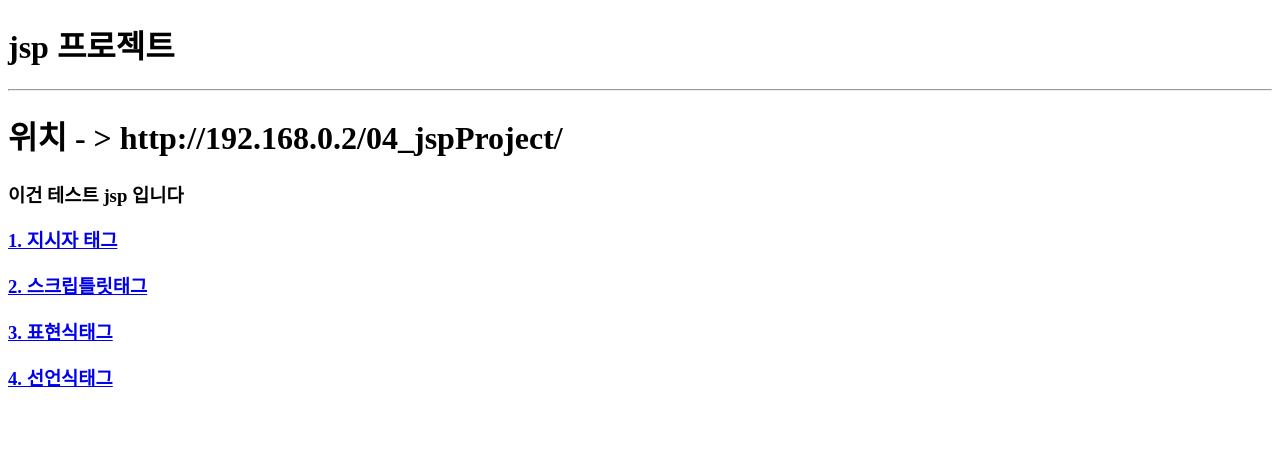
Repository: beescuit9510/toyProjects
Page: http://localhost/04_jspProject/
An editor plug-in stored every save of this project. The page is shown before and after the next save, followed by the edit.
The browser window is 1280 px wide. The pictures show the whole page.
The page is served by Tomcat 9.

Above is the page before, as saved 2021-09-30 05:03:30.

After the next save:
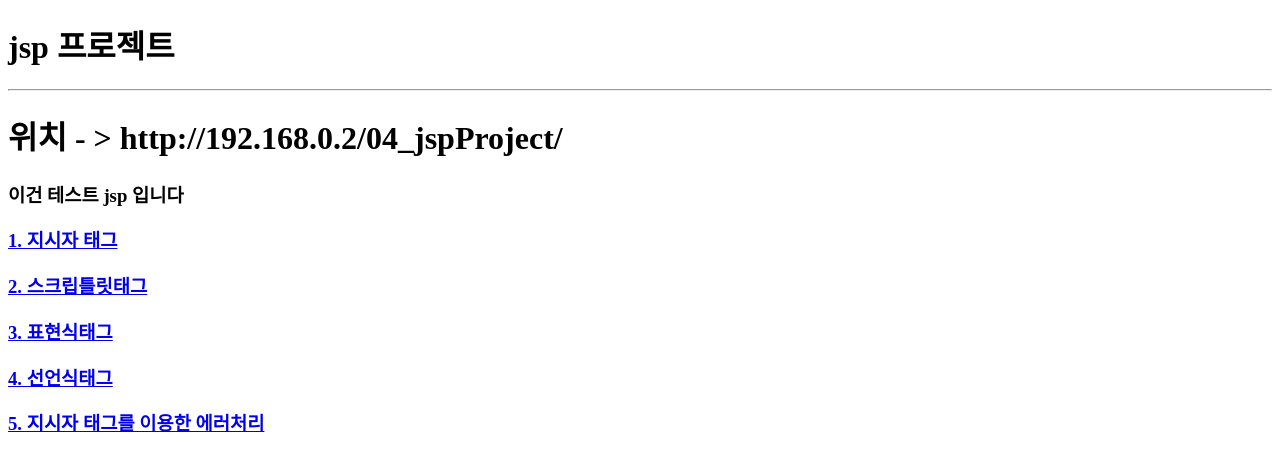
Saved 2 min 35 s later.
--- a/web-server-workplace/04_jspProject/src/main/webapp/index.jsp
+++ b/web-server-workplace/04_jspProject/src/main/webapp/index.jsp
@@ -15,6 +15,7 @@
 	<h3><a href="/04_jspProject/jsp/scriptletTag.jsp">2. 스크립틀릿태그</a></h3>
 	<h3><a href="/04_jspProject/jsp/expresstionTag.jsp">3. 표현식태그</a></h3>
 	<h3><a href="/04_jspProject/jsp/declation.jsp">4. 선언식태그</a></h3>
+	<h3><a href="/04_jspProject/jsp/errorTest.jsp">5. 지시자 태그를 이용한 에러처리</a></h3>
 
 </body>
 </html>
